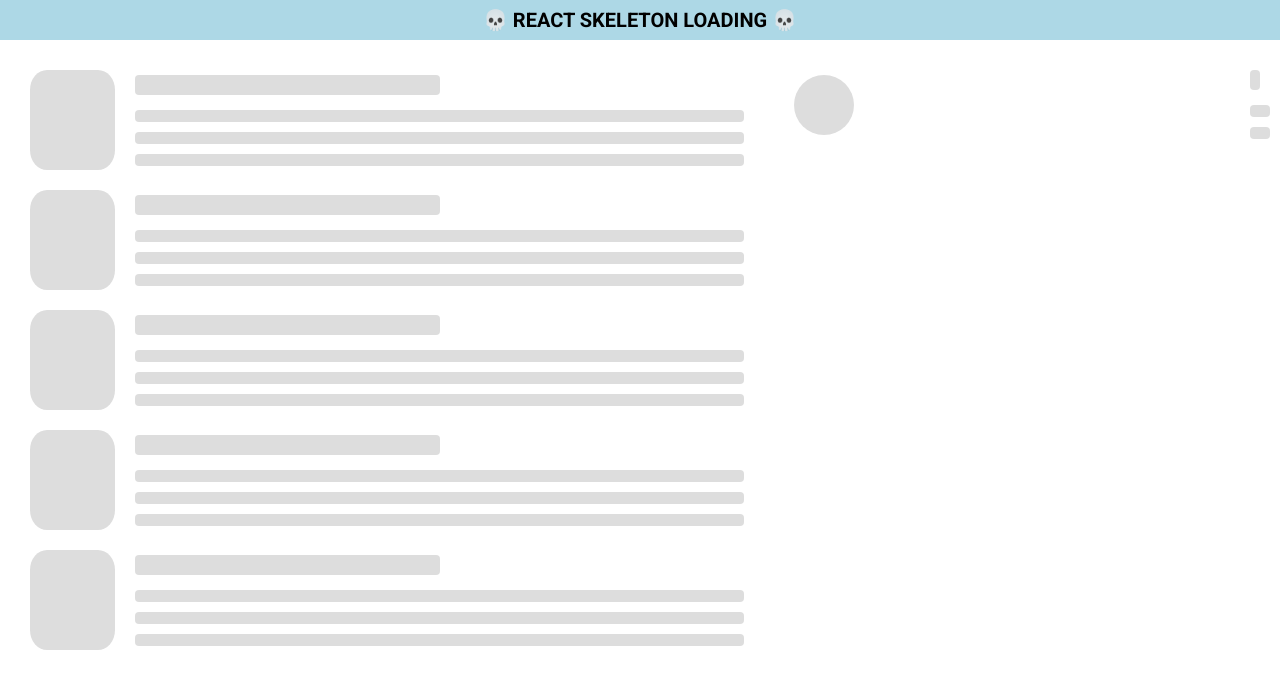
Repository: ethanJones21/React-Skeleton-Loading
Page: /
These files come from the project's save history. The page is drawn as it stood at one moment and after the next save; the edit follows.
The browser window is 1280 px wide. The pictures show the whole page.
The page's requests for data from a server got no answer. The project was rebuilt for these pictures with package versions that can differ from the ones it lists, and the page was loaded fresh each time. No one was signed in, and anything a server would have sent is missing. Also part of the build but not shown: src/components/Post.css, src/components/Post.js.

Above is the page before, as saved 2020-11-26 03:29:06.

### public/index.html
<!DOCTYPE html>
<html lang="en">
  <head>
    <meta charset="utf-8" />
    <link rel="icon" href="%PUBLIC_URL%/favicon.ico" />
    <meta name="viewport" content="width=device-width, initial-scale=1" />
    <meta name="theme-color" content="#000000" />
    <meta name="description" content="React skeleton loading" />
    <link rel="preconnect" href="https://fonts.gstatic.com" />
    <link
      href="https://fonts.googleapis.com/css2?family=Roboto:wght@100;300;400;500;700;900&display=swap"
      rel="stylesheet"
    />
    <title>React Skeleton</title>
  </head>
  <body>
    <noscript>You need to enable JavaScript to run this app.</noscript>
    <div id="root"></div>
  </body>
</html>

### src/App.js
import './App.css';
import Header from './components/Header';
import Posts from './components/Posts';
import User from './components/User';

function App() {
  return (
    <div className="app">
      <Header/>

      <div className="appContainer">
        <Posts/>
        <User/>
      </div>
    </div>
  );
}

export default App;

### src/App.css
*{
    margin: 0;
    font-family: 'Roboto', sans-serif;
}
.appContainer{
    display: flex;
    padding: 20px;
    align-items: start;
}

### src/components/Header.js
import React from 'react';
import "./Header.css"

const Header = () => {
    return (
        <div className="header">
            <span>💀 REACT SKELETON LOADING 💀 </span>
        </div>
    );
};

export default Header;

### src/components/Posts.js
import React, { useEffect, useState } from "react";
import Post from "./Post";
import "./Posts.css";
import { photos } from "../photos";
import PostSkeleton from "../skeleton/PostSkeleton";

const Posts = () => {
  const [postArray, setPostArray] = useState([]);

  useEffect(() => {
    setTimeout(() => {
      const fetchPosts = async () => {
        const res = await fetch("https://jsonplaceholder.typicode.com/posts");
        const data = await res.json();
        setPostArray(data.slice(0, 10));
      };
      fetchPosts();
    }, 5000);
  }, []);

  return (
    <div className="posts">
      {postArray.length > 0
        ? postArray.map((post) => (
            <Post
              key={post.id}
              post={{ ...post, photo: photos[post.id - 1] }}
            />
          ))
        : [1, 2, 3, 4, 5].map((item) => <PostSkeleton />)}
    </div>
  );
};

export default Posts;

### src/components/User.js
import React, { useState, useEffect } from "react";
import "./User.css";
import { photos } from "../photos";
import UserSkeleton from "../skeleton/UserSkeleton";

const User = () => {
  const [user, setUser] = useState(null);

  useEffect(() => {
    setTimeout(() => {
      const fetchUser = async () => {
        const res = await fetch("https://jsonplaceholder.typicode.com/users");
        const data = await res.json();
        setUser(data[0]);
      };
      fetchUser();
    }, 5000);
  }, []);

  return (
    <div className="user">
      {user !== null ? (
        <>
          <div className="userPhoto">
            <img className="userPhotoImg" src={photos[9]} alt="avatar" />
          </div>
          <div className="userInfo">
            <span className="userInfoText">
              <b>{user.name}</b>
            </span>
            <span className="userInfoText">{user.email}</span>
            <span className="userInfoText">{user.address.street}</span>
          </div>
          <button className="writeButton">Write a Story</button>
        </>
      ) : (
        <UserSkeleton />
      )}
    </div>
  );
};

export default User;

### src/components/Header.css
.header{
    display: flex;
    align-items: center;
    justify-content: center;
    height: 40px;
    width: 100%;
    background-color: lightblue;
    font-weight: 600;
    font-size: 20px;
}

### src/components/Posts.css
.posts{
    flex: 0.6;
    padding-right: 50px;
}

### src/photos.js
export const photos = [
  "https://images.pexels.com/photos/789296/pexels-photo-789296.jpeg?auto=compress&cs=tinysrgb&dpr=2&w=500",
  "https://images.pexels.com/photos/3772771/pexels-photo-3772771.jpeg?auto=compress&cs=tinysrgb&dpr=2&w=500",
  "https://images.pexels.com/photos/3059745/pexels-photo-3059745.jpeg?auto=compress&cs=tinysrgb&dpr=2&w=500",
  "https://images.pexels.com/photos/2896840/pexels-photo-2896840.jpeg?auto=compress&cs=tinysrgb&dpr=2&w=500",
  "https://images.pexels.com/photos/3155588/pexels-photo-3155588.jpeg?auto=compress&cs=tinysrgb&dpr=2&w=500",
  "https://images.pexels.com/photos/936019/pexels-photo-936019.jpeg?auto=compress&cs=tinysrgb&dpr=2&w=500",
  "https://images.pexels.com/photos/1071162/pexels-photo-1071162.jpeg?auto=compress&cs=tinysrgb&dpr=2&w=500",
  "https://images.pexels.com/photos/3147528/pexels-photo-3147528.jpeg?auto=compress&cs=tinysrgb&dpr=2&w=500",
  "https://images.pexels.com/photos/3541389/pexels-photo-3541389.jpeg?auto=compress&cs=tinysrgb&dpr=2&w=500",
  "https://images.pexels.com/photos/1680172/pexels-photo-1680172.jpeg?auto=compress&cs=tinysrgb&dpr=2&w=500",
];

### src/skeleton/PostSkeleton.js
import React from "react";
import "./PostSkeleton.css";
import Skeleton from "./Skeleton";

const PostSkeleton = () => {
  return (
    <div className="postSkeleton">
      <Skeleton type="avatar" />
      <div className="postSkeletonRight">
        <Skeleton type="title" />
        <Skeleton type="text" />
        <Skeleton type="text" />
        <Skeleton type="text" />
      </div>
    </div>
  );
};

export default PostSkeleton;

### src/components/User.css
.user {
  flex: 0.4;
  display: flex;
  align-items: center;
}

.userPhotoImg {
  width: 60px;
  height: 60px;
  border-radius: 50%;
  margin-right: 20px;
  object-fit: cover;
}

.userInfo{
    display: flex;
    flex-direction: column;
}

.writeButton{
    padding: 10px;
    border: none;
    margin-left: 20px;
    border-radius: 10px;
    cursor: pointer;
}

.writeButton:focus{
    outline: none;
}

### src/skeleton/UserSkeleton.js
import React from "react";
import "./UserSkeleton.css";
import Skeleton from "./Skeleton";

const UserSkeleton = () => {
  return (
    <div className="userSkeleton">
      <Skeleton type="userAvatar" />
      <div className="userSkeletonRight">
        <Skeleton type="title" />
        <Skeleton type="text" />
        <Skeleton type="text" />
      </div>
    </div>
  );
};

export default UserSkeleton;

### src/skeleton/PostSkeleton.css
.postSkeleton {
  display: flex;
  align-items: center;
}

.postSkeletonRight{
    width: 100%;
}

### src/skeleton/Skeleton.js
import React from "react";
import "./Skeleton.css"

const Skeleton = ({ type }) => {
  return <div className={`skeleton ${type}`}></div>;
};

export default Skeleton;

### src/skeleton/UserSkeleton.css
.userSkeleton {
  display: flex;
  align-items: center;
  width: 100%;
  justify-content: space-between;
}

.userSkeletonRight {
}

### src/skeleton/Skeleton.css
.skeleton {
  background: #ddd;
  overflow: hidden;
  margin: 10px;
  border-radius: 4px;
}

.skeleton.text {
  width: 100%;
  height: 12px;
}

.skeleton.title {
  width: 50%;
  height: 20px;
  margin-bottom: 15px;
}

.skeleton.avatar {
  width: 100px;
  height: 100px;
  border-radius: 20%;
}

.skeleton.userAvatar {
  width: 60px;
  height: 60px;
  border-radius: 50%;
}

Loaded but not shown: src/index.js (common file)

After the next save:
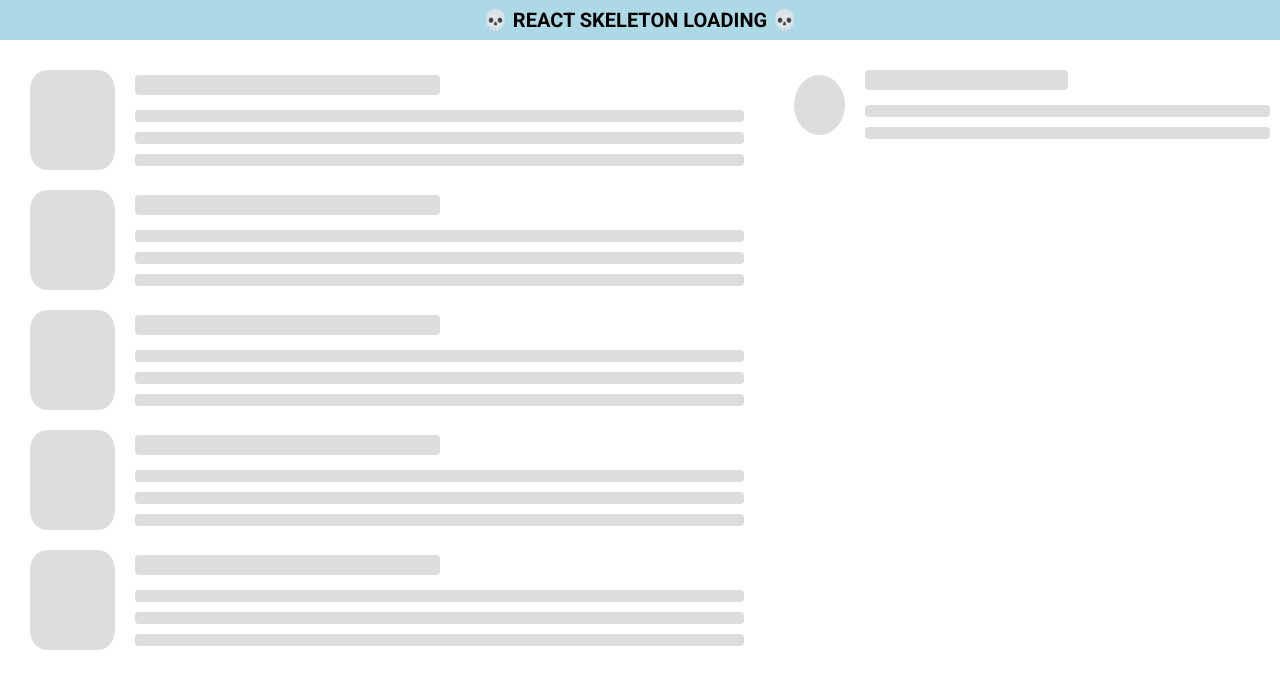
Saved 10 s later.
--- a/src/skeleton/UserSkeleton.css
+++ b/src/skeleton/UserSkeleton.css
@@ -2,8 +2,8 @@
   display: flex;
   align-items: center;
   width: 100%;
-  justify-content: space-between;
 }
 
 .userSkeletonRight {
+  width: 100%;
 }
